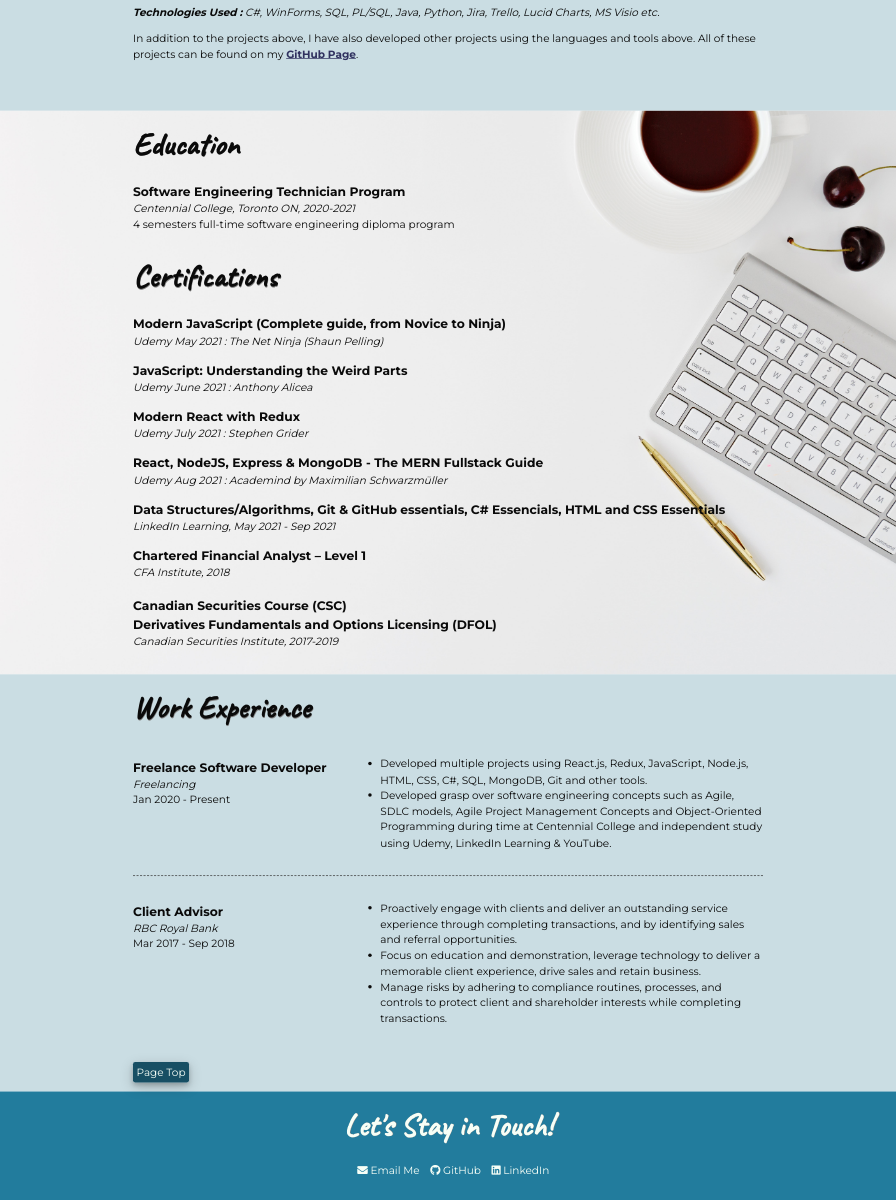
Repository: My-Web-Page/MyWebPage
Page: index.html
These files come from the project's save history. The page is drawn as it stood at one moment and after the next save; the edit follows.
The browser window is 1280 px wide. The pictures show the part of the page from y = 3316 to 5236 px (the page is 5030 px tall before and 5236 px after), at 70% of full size.
Some web libraries are served in a nearby version.

Above is the page before, as saved 2021-12-19 23:03:26.

### index.html
<!DOCTYPE html>
<html lang="en">

<head>
    <meta charset="UTF-8">
    <meta name="viewport" content="width=device-width, initial-scale=1.0">
    <link href="./assets/images/favicon.ico" rel="icon" type="image/x-icon" />

    <title> Devesh Kumar : Full-Stack Developer</title>
    <link rel="preconnect" href="https://fonts.gstatic.com">
    <link href="https://fonts.googleapis.com/css2?family=Caveat&family=Montserrat:wght@400;700&display=swap" rel="stylesheet">
    <link rel="stylesheet" href="https://pro.fontawesome.com/releases/v5.10.0/css/all.css" integrity="sha384-AYmEC3Yw5cVb3ZcuHtOA93w35dYTsvhLPVnYs9eStHfGJvOvKxVfELGroGkvsg+p" crossorigin="anonymous" />

    <link rel="stylesheet" href="style.css">
</head>

<body>
    <main>
        <!-- ***********************  ABOUT / PROFILE  *********************** -->
        <header>
            <div class="container">
                <h1>Devesh Kumar</h1>
                <h2>Software Developer</h2>
            </div>
        </header>

        <nav id="navbar">
            <ul class="nav-ul">
                <li>
                    <a href="#about-me"><i class="fas fa-info-circle"></i> About Me</a>
                </li>
                <li>
                    <a href="#projects"><i class="fab fa-elementor"></i> Projects</a>
                </li>
                <li>
                    <a href="#education"><i class="fas fa-graduation-cap"></i> Education</a>
                </li>
                <li>
                    <a href="#work-experience"><i class="fas fa-briefcase"></i> Work Experience</a>
                </li>
                <li>
                    <a href="#contact"><i class="fas fa-mobile-alt"></i> Contact Me</a>
                </li>
            </ul>
        </nav>

        <!-- *********************About Me***********************  -->
        <section id="about-me">
            <div class="container">
                <h2>About Me</h2>
                <p>Hello & welcome to my website!
                </p>
                <p>
                    My name is Devesh Kumar. I have recently completed Software Engineering Technician program at Centennial College. I have also completed several Udemy certifications which have allowed me to learn and work with latest technologies and develop multiple
                    projects. Given below are the details:
                </p>
                <br>
                <div class="grid-container">
                    <div class="grid-item">
                        <h3>Languages, Tools & Technologies I primarily work with:</h3>
                        <h4> HTML, CSS (Flexbox, Grid), Java, Spring Boot, JavaScript, React.js, Redux, Node.js, MongoDB, Oracle SQL, Git, MVC Architecture, REST API, JSON, NPM, Postman, IntelliJ, VS Code
                            </p>
                    </div>

                    <div class="grid-item">
                        <h3>Languages, Tools & Technologies I am familiar with:</h3>
                        <h4>C#, AngularJS, TypeScript, Python, Microservices, Linux, Selenium, MS Azure, Jira, Trello, UML, Data Structures, SDLC, Object-Oriented Programming, Responsive SinglePage Web Applications (SPAs) Development, Agile, Heroku, Netlify
                            </p>
                    </div>
                </div>
                <br>
                <p>I have developed grasp over software engineering concepts such as <strong> Agile, SDLC models,
                        Agile Project Management Concepts and Object-Oriented Programming.</strong> I have also developed multiple projects using <strong> React.js, Redux, JavaScript, Node.js, HTML, CSS, C#, SQL,
                        MongoDB, Git and several other tools.</strong> In the past, I have worked with RBC Royal Bank as part of team at multiple RBC locations. I have also completed some Finance/Investment certifications in the past.
                </p>


            </div>
        </section>

        <!-- *********************Pop-Ups***********************  -->
        <section class="popup-wrapper" id="popup">
            <div class="container">
                <img id="popup-img" alt="finalproject popup">
            </div>
        </section>
        <!-- ********************  PROJECTS / PORTFOLIO  ********************* -->
        <section id="projects" class="projects">
            <div class="container divider">
                <h2>My Projects</h2>


                <!-- Project 1 -->
                <section class="project-item clearfix">
                    <img class="project-image" src="./assets/images/Places.png" alt="Full-Stack Places App">
                    <h3>Full-Stack Places App</h3>
                    <p> <strong>Technologies Used :</strong> MERN Stack (React, Node, Express & MongoDB)
                    </p>
                    <p>Used MERN Stack to develop this webapp. React.js for frontend, Express.Js for backend & MongoDB as Database & JWT tokens for authentication.
                    </p>
                    <a class="btn" href="https://devesh-mern-app.herokuapp.com/" target="_blank">Website Link</a>
                    <a class="btn" href="https://github.com/portretrieve/Full-stack-mern-forntend-backend-combined" target="_blank">GitHub Link</a>
                </section>

                <!-- Project 2 -->
                <section class="project-item clearfix">
                    <img class="project-image" src="./assets/images/deveshtube.png" alt="DeveshTube App">
                    <h3>DeveshTube App</h3>
                    <p> <strong>Technologies Used :</strong> React.js (Using Hooks)</p>
                    <p>Developed this webapp using React.js (Hooks).</p>
                    <a class="btn" href="https://blissful-pasteur-e62546.netlify.app/" target="_blank">Website Link</a>
                    <a class="btn" href="https://github.com/portretrieve/reactApp-DeveshTube-using-hooks" target="_blank">GitHub Link</a>
                </section>

                <!-- Project 3 -->
                <section class="project-item clearfix">
                    <img class="project-image" src="./assets/images/pics.png" alt="Pics Search App">
                    <h3>Pics Search App</h3>
                    <p> <strong>Technologies Used :</strong>React.js.</p>
                    <p>Developed this webapp using React.js
                    </p>
                    <a class="btn" href="https://eager-bassi-827826.netlify.app/" target="_blank">Website Link</a>
                    <a class="btn" href="https://github.com/portretrieve/reactApp-pics" target="_blank">GitHub Link</a>
                </section>

                <!-- Project 4 -->
                <section class="project-item clearfix">
                    <img class="project-image" src="./assets/images/assignment_2.png" alt="Portfolio Assignment Using Node.js, Bootstrap, EJS and MongoDB">
                    <h3>Personal Portfolio Website</h3>
                    <p> <strong>Technologies Used :</strong> EJS, CSS, Node.js and MongoDB.</p>
                    <p>Developed this website using above mentioned technologies. I used ExpressJs middleware, and passport.js for authentication.</p>
                    <a class="btn" href="https://comp229-asnmt2.herokuapp.com/home" target="_blank">Website Link</a>
                    <a class="btn" href="https://github.com/portretrieve/Assignment_2" target="_blank">GitHub Link</a>
                </section>

                <!-- Project 5 -->
                <section class="project-item clearfix">
                    <img class="project-image" src="./assets/images/final_project.png" alt="Final Project Using Node.js, Bootstrap, EJS and MongoDB">
                    <h3>Angel's Investment Website</h3>
                    <p> <strong>Technologies Used :</strong> EJS, CSS, Node.js and MongoDB.</p>
                    <p>Created this website as a group project using Node.js(Express.js), and Passport.js to authenticate.
                    </p>
                    <a class="btn" href="https://angelinvestfinal.herokuapp.com/" target="_blank">Website Link</a>
                    <a class="btn" href="https://github.com/Angel-Investor/AngelInvestor-Web-App" target="_blank">GitHub
                        Link</a>
                </section>

                <!-- Project 6 -->
                <section class="project-item clearfix">
                    <img class="project-image" src="./assets/images/slot-machine.png" alt="Casino slot machine game using HTML, CSS, JavaScript, TypeScript and EaselJS">
                    <h3>Slot Machine Game</h3>
                    <p> <strong>Technologies Used :</strong> HTML, CSS, JavaScript, TypeScript and EaselJS.</p>
                    <a class="btn" href="https://portretrieve.github.io/COMP125-Assignment-4-CreateJS-Slot-Machine/" target="_blank">Website Link</a>
                    <a class="btn" href="https://github.com/portretrieve/COMP125-Assignment-4-CreateJS-Slot-Machine" target="_blank">GitHub Link</a>
                </section>

                <!-- Project 7 -->
                <section class="project-item clearfix">
                    <img class="project-image" src="./assets/images/realEstate.png" alt="Real Estate Website">
                    <h3>Real Estate Website</h3>
                    <p> <strong>Technologies Used :</strong> HTML, CSS</p>
                    <p>Developed this website using only HTML, CSS as one of my school assignments.</p>
                    <a class="btn" href="http://studentweb.cencol.ca/dkumar63/project/home.html" target="_blank">Website
                        Link</a>
                    <a class="btn" href="https://github.com/portretrieve/Real-Estate-App" target="_blank">GitHub
                        Link</a>
                </section>

                <!-- Project 8 -->
                <section class="project-item clearfix">
                    <img class="project-image" src="./assets/images/restaurant_app.png" alt="Restaurant app using C# WPF MVVM">
                    <h3>Restaurant POS system app</h3>
                    <p> <strong>Technologies Used :</strong> C#, WPF and XAML.</p>
                    <p>Created the restaurant P.O.S app using C# and WPF.</p>
                    <a class="btn" href="https://github.com/portretrieve/Restaurant_app" target="_blank">GitHub Link</a>
                </section>
                <section>
                    <h3>Other Projects: </h3>
                    <p> <strong>Technologies Used :</strong> C#, WinForms, SQL, PL/SQL, Java, Python, Jira, Trello, Lucid Charts, MS Visio etc. </p>
                    <p>In addition to the projects above, I have also developed other projects using the languages and tools above. All of these projects can be found on my <span><a
                                href="https://github.com/portretrieve" target="_blank">GitHub Page</a>.</span></p>
                </section>
            </div>
        </section>

        <!-- ******************  EDUCATION & CERTIFICATIONS ****************** -->
        <section id="education" class="education">
            <div class="container item-details">

                <h2>Education</h2>

                <section>
                    <h3>Software Engineering Technician Program</h3>
                    <p>Centennial College, Toronto ON, 2020-2021</p>
                    <p>4 semesters full-time software engineering diploma program </p>
                </section>
            </div>
            <div class="container item-details">

                <h2>Certifications</h2>

                <section>
                    <h3>Modern JavaScript (Complete guide, from Novice to Ninja)</h3>
                    <p>Udemy May 2021 : The Net Ninja (Shaun Pelling)</p>
                </section>
                <section>
                    <h3>JavaScript: Understanding the Weird Parts</h3>
                    <p>Udemy June 2021 : Anthony Alicea</p>
                </section>
                <section>
                    <h3>Modern React with Redux</h3>
                    <p>Udemy July 2021 : Stephen Grider</p>
                </section>
                <section>
                    <h3>React, NodeJS, Express & MongoDB - The MERN Fullstack Guide</h3>
                    <p>Udemy Aug 2021 : Academind by Maximilian Schwarzmüller</p>
                </section>
                <section>
                    <h3>Data Structures/Algorithms, Git & GitHub essentials, C# Essencials, HTML and CSS Essentials</h3>
                    <p>LinkedIn Learning, May 2021 - Sep 2021 </p>
                </section>
                <section>
                    <h3>Chartered Financial Analyst – Level 1</h3>
                    <p>CFA Institute, 2018</p>
                </section>
                <br>
                <section class="csc">
                    <h3>Canadian Securities Course (CSC)</h3>
                    <h3>Derivatives Fundamentals and Options Licensing (DFOL)</h3>
                    <p>Canadian Securities Institute, 2017-2019 </p>
                </section>

            </div>
        </section>

        <!-- ***********************  WORK EXPERIENCE  *********************** -->
        <section id="work-experience" class="work-experience">
            <div class="container item-details divider">
                <h2>Work Experience</h2>

                <!-- Job 1 -->
                <section class="job-item">
                    <div class="job-details">
                        <h3>Freelance Software Developer</h3>
                        <p>Freelancing</p>
                        <p>Jan 2020 - Present</p>
                    </div>
                    <div class="job-summary">
                        <ul>
                            <li>Developed multiple projects using React.js, Redux, JavaScript, Node.js, HTML, CSS, C#, SQL, MongoDB, Git and other tools.
                            </li>
                            <li>Developed grasp over software engineering concepts such as Agile, SDLC models, Agile Project Management Concepts and Object-Oriented Programming during time at Centennial College and independent study using Udemy, LinkedIn
                                Learning & YouTube.</li>
                        </ul>

                    </div>
                </section>

                <!-- Job 2 -->
                <section class="job-item">
                    <div class="job-details">
                        <h3>Client Advisor</h3>
                        <p>RBC Royal Bank</p>
                        <p>Mar 2017 - Sep 2018</p>
                    </div>
                    <div class="job-summary">
                        <ul>
                            <li>Proactively engage with clients and deliver an outstanding service experience through completing transactions, and by identifying sales and referral opportunities.</li>
                            <li>Focus on education and demonstration, leverage technology to deliver a memorable client experience, drive sales and retain business.</li>
                            <li>Manage risks by adhering to compliance routines, processes, and controls to protect client and shareholder interests while completing transactions.</li>
                        </ul>

                    </div>
                </section>

                <a class="top-btn" href="#top">Page Top</a>

            </div>
        </section>


        <!-- *****************  CONTACT INFO / SOCIAL MEDIA  ***************** -->
        <footer>
            <div id="contact" class="container">
                <h2>Let's Stay in Touch!</h2>
                <!-- Social media and contact links. Add or remove any networks. -->
                <ul class="contact-list">
                    <li><a href="mailto:deveshkumar2107@hotmail.com"><i class="fas fa-envelope"></i>&nbsp;Email Me</a>
                    </li>
                    <li><a href="https://github.com/portretrieve" target="_blank"><i
                                class="fab fa-github"></i>&nbsp;GitHub</a></li>
                    <li><a href="https://www.linkedin.com/in/devesh-kumar-2aa03b64/" target="_blank"><i
                                class="fab fa-linkedin"></i>&nbsp;LinkedIn</a></li>
                </ul>
            </div>
        </footer>
    </main>
    <script src="./script.js"></script>
</body>

</html>

Loaded but not shown: script.js (18 lines, source omitted); style.css (431 lines, source omitted)

After the next save:
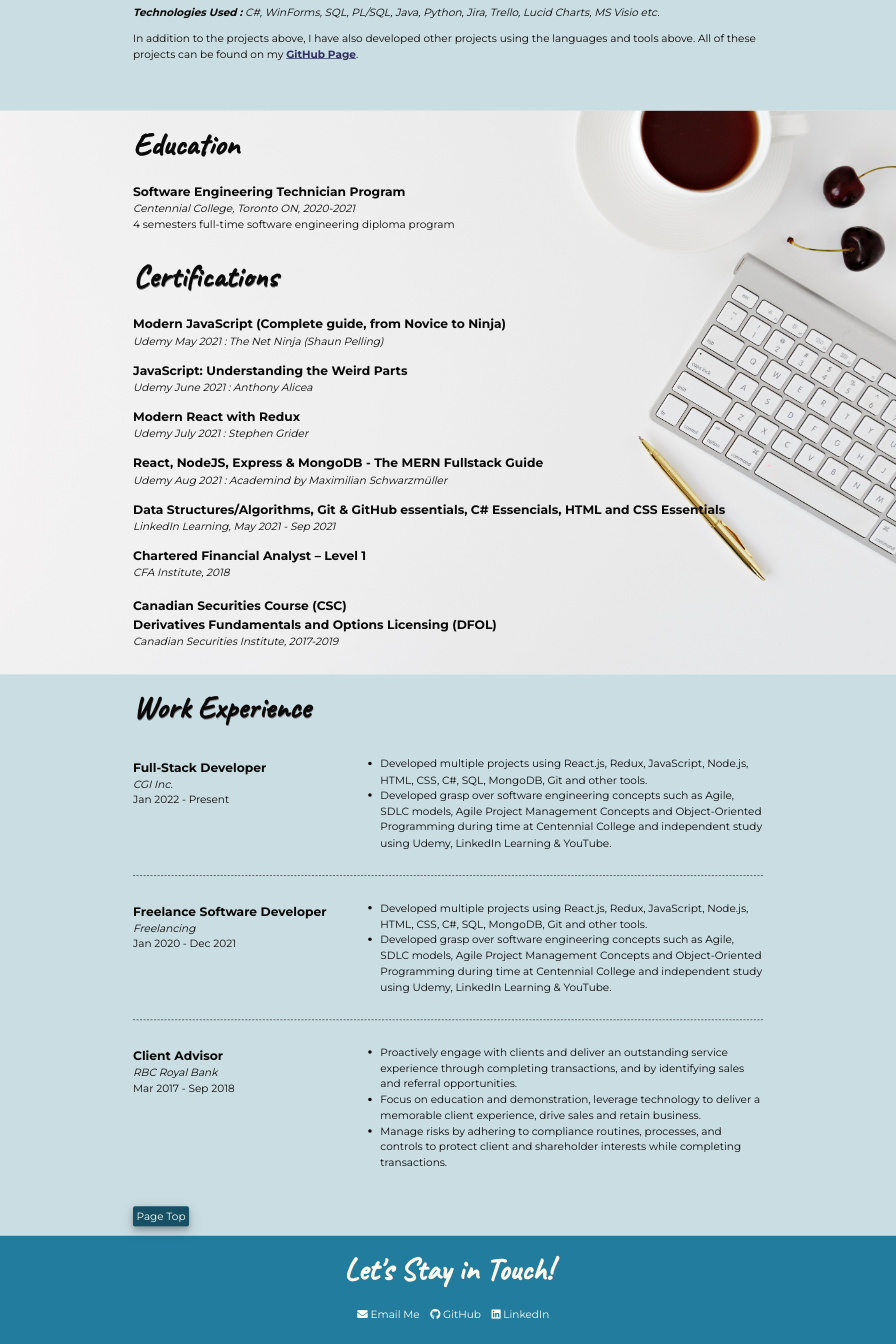
Saved 114 days later.
--- a/index.html
+++ b/index.html
@@ -238,12 +238,31 @@
             <div class="container item-details divider">
                 <h2>Work Experience</h2>
 
+
+                <!-- Job 1 -->
+                <section class="job-item">
+                    <div class="job-details">
+                        <h3>Full-Stack Developer</h3>
+                        <p>CGI Inc.</p>
+                        <p>Jan 2022 - Present</p>
+                    </div>
+                    <div class="job-summary">
+                        <ul>
+                            <li>Developed multiple projects using React.js, Redux, JavaScript, Node.js, HTML, CSS, C#, SQL, MongoDB, Git and other tools.
+                            </li>
+                            <li>Developed grasp over software engineering concepts such as Agile, SDLC models, Agile Project Management Concepts and Object-Oriented Programming during time at Centennial College and independent study using Udemy, LinkedIn
+                                Learning & YouTube.</li>
+                        </ul>
+
+                    </div>
+                </section>
+
                 <!-- Job 1 -->
                 <section class="job-item">
                     <div class="job-details">
                         <h3>Freelance Software Developer</h3>
                         <p>Freelancing</p>
-                        <p>Jan 2020 - Present</p>
+                        <p>Jan 2020 - Dec 2021</p>
                     </div>
                     <div class="job-summary">
                         <ul>
